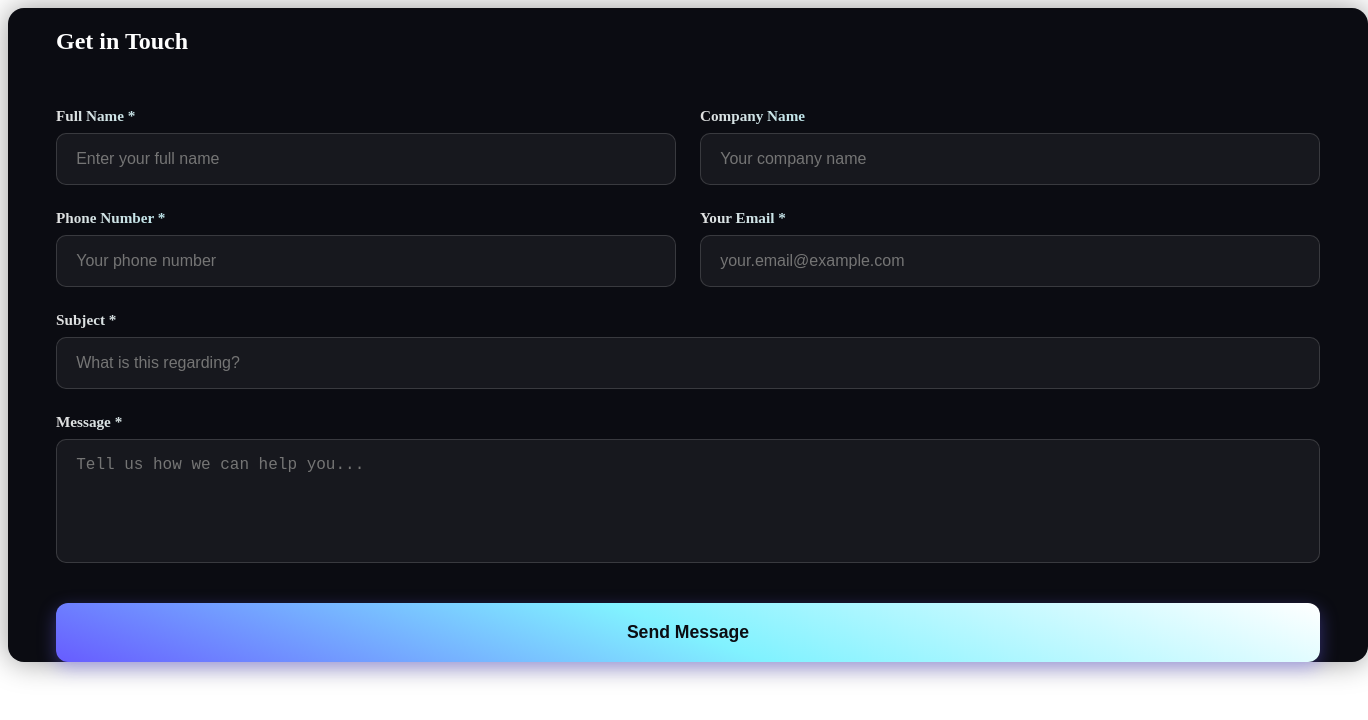
Repository: Uge-dev/Tekagon
Page: frontend/pages/contact.html
These files come from the project's save history. The page is drawn as it stood at one moment and after the next save; the edit follows.
The browser window is 1280 px wide. The page is 1368 px wide, so the pictures cover 1368 px, including what lies to the right of the window. The pictures show the whole page.

Above is the page before, as saved 2026-05-05 15:48:48.

### frontend/pages/contact.html
<!DOCTYPE html>
<html lang="en">

<head>
    <meta charset="UTF-8">
    <meta name="viewport" content="width=device-width, initial-scale=1.0">
    <title>Admin Dashboard - Tekagon</title>
    <link rel="stylesheet" href="../styles/contact.css">
    <link rel="stylesheet" href="https://cdnjs.cloudflare.com/ajax/libs/font-awesome/6.4.0/css/all.min.css">

</head>

<body>
   <section class="contact-section">
        <h2 class="header-title">Get in Touch</h2>
        <form class="contact-form" id="contactForm" action="https://formsubmit.co/tekagon.digital@gmail.com"
            method="POST">
            <!-- FormSubmit Configuration -->
            <input type="text" name="_honey" style="display:none">
            <input type="hidden" name="_captcha" value="false">
            <input type="hidden" name="_template" value="table">
            <input type="hidden" name="_subject" value="New Contact Form Submission from Website">

            <!-- Optional: Redirect after success -->
            <!-- <input type="hidden" name="_next" value="https://yourwebsite.com/thank-you.html"> -->

            <!-- Optional: CC other emails -->
            <!-- <input type="hidden" name="_cc" value="other@email.com"> -->

            <div class="contact-row">
                <div class="contact-group">
                    <label>Full Name <span>*</span></label>
                    <input type="text" id="fullName" name="name" placeholder="Enter your full name" required />
                    <div class="error-text" id="nameError">Please enter your full name</div>
                </div>
                <div class="contact-group">
                    <label>Company Name</label>
                    <input type="text" id="companyName" name="company" placeholder="Your company name" />
                </div>
            </div>

            <div class="contact-row">
                <div class="contact-group">
                    <label>Phone Number <span>*</span></label>
                    <input type="tel" id="phoneNumber" name="phone" placeholder="Your phone number" required />
                    <div class="error-text" id="phoneError">Please enter a valid phone number</div>
                </div>
                <div class="contact-group">
                    <label>Your Email <span>*</span></label>
                    <input type="email" id="email" name="email" placeholder="your.email@example.com" required />
                    <div class="error-text" id="emailError">Please enter a valid email address</div>
                </div>
            </div>

            <div class="contact-group">
                <label>Subject <span>*</span></label>
                <input type="text" id="subject" name="subject" placeholder="What is this regarding?" required />
                <div class="error-text" id="subjectError">Please enter a subject</div>
            </div>

            <div class="contact-group">
                <label>Message <span>*</span></label>
                <textarea id="message" name="message" rows="5" placeholder="Tell us how we can help you..."
                    required></textarea>
                <div class="error-text" id="messageError">Please enter your message</div>
            </div>

            <div class="error-message" id="formError">
                <!-- Error message will appear here -->
            </div>

            <button type="submit" id="submitBtn" class="contact-submit">
                <div class="submit-loader"></div>
                <span class="submit-text">
                    <i data-feather="send"></i> Send Message
                </span>
            </button>
        </form>
    </section>

    <!-- Sending Overlay -->
    <div class="sending-overlay" id="sendingOverlay">
        <div class="sending-animation">
            <div class="spinner"></div>
            <h3>Sending Your Message</h3>
            <p>Please wait while we send your message. This will only take a moment.</p>
        </div>
    </div>

    <!-- Success Popup -->
    <div class="success-popup" id="successPopup">
        <div class="success-content">
            <div class="success-icon">
                <i data-feather="check"></i>
            </div>
            <h2>Message Sent Successfully!</h2>
            <p>Thank you for contacting us. We've received your message and will get back to you within 24 hours.</p>
            <button class="close-btn" id="closeSuccess">Got It</button>
        </div>
    </div>
</body>

</html>

### frontend/styles/contact.css
 .contact-section {
   background: #0b0c12;
   padding: 1rem;
   color: #fff;
   padding: 0px 3rem;
   display: flex;
   flex-direction: column;
   gap: 2rem;
   border-radius: 16px;
   box-shadow: 0 0 30px rgba(0, 0, 0, 0.4);
   width: 100%;


   justify-content: center;

 }

 .contact-title {
   font-size: 1.8rem;
   font-weight: 600;
   margin-bottom: 1.5rem;
   color: #b8c6ff;
   border-left: 4px solid #81f2ff;
   padding-left: 16px;
   text-transform: uppercase;
   letter-spacing: 0.05em;
   background: linear-gradient(to right, rgb(224, 224, 224), #81f2ff, #675cff);
   -webkit-background-clip: text;
   -webkit-text-fill-color: transparent;
 }

 .contact-form {
   display: flex;
   flex-direction: column;
   gap: 1.5rem;
 }

 .contact-row {
   display: grid;
   grid-template-columns: repeat(auto-fit, minmax(250px, 1fr));
   gap: 1.5rem;
 }

 .contact-group {
   display: flex;
   flex-direction: column;
   gap: 0.5rem;
 }

 .contact-group label {
   font-size: 0.95rem;
   background: linear-gradient(to right, rgb(224, 224, 224), #81f2ff, #675cff);
   -webkit-background-clip: text;
   -webkit-text-fill-color: transparent;
   font-weight: 600;
 }

 .contact-group label span {
   color: #ff7575;
 }

 .contact-group input,
 .contact-group textarea {
   background: rgba(255, 255, 255, 0.05);
   border: 1px solid rgba(255, 255, 255, 0.15);
   color: #fff;
   border-radius: 10px;
   padding: 1rem 1.2rem;
   font-size: 1rem;
   transition: all 0.3s ease;
   resize: none;
 }

 .contact-group input:focus,
 .contact-group textarea:focus {
   outline: none;
   border-color: #81f2ff;
   box-shadow: 0 0 0 2px rgba(129, 242, 255, 0.2);
 }

 .contact-group input.error,
 .contact-group textarea.error {
   border-color: #ff7575;
   box-shadow: 0 0 0 2px rgba(255, 117, 117, 0.2);
 }

 .contact-submit {
   display: flex;
   align-items: center;
   justify-content: center;
   gap: 12px;
   background: linear-gradient(200deg, rgb(255, 255, 255), #81f2ff, #675cff);
   border: none;
   border-radius: 12px;
   padding: 1.2rem 2.5rem;
   color: #0b0c12;
   font-size: 1.1rem;
   font-weight: 600;
   cursor: pointer;
   box-shadow: 0 6px 18px rgba(111, 101, 255, 0.4);
   transition: all 0.3s ease;
   margin-top: 1rem;
   position: relative;
   overflow: hidden;
 }

 .contact-submit:hover {
   transform: translateY(-3px);
   box-shadow: 0 10px 25px rgba(111, 101, 255, 0.6);
 }

 .contact-submit:active {
   transform: translateY(-1px);
 }

 .contact-submit:disabled {
   opacity: 0.7;
   cursor: not-allowed;
   transform: none;
 }

 .contact-submit i {
   width: 20px;
   height: 20px;
 }

 .submit-loader {
   display: none;
   width: 20px;
   height: 20px;
   border: 3px solid rgba(11, 12, 18, 0.3);
   border-top: 3px solid #0b0c12;
   border-radius: 50%;
   animation: spin 1s linear infinite;
 }

 .contact-submit.sending .submit-text {
   display: none;
 }

 .contact-submit.sending .submit-loader {
   display: block;
 }

 .error-text {
   color: #ff7575;
   font-size: 0.85rem;
   margin-top: 0.3rem;
   display: none;
 }

 .sending-overlay {
   position: fixed;
   top: 0;
   left: 0;
   width: 100%;
   height: 100%;
   background-color: rgba(0, 0, 0, 0.85);
   display: flex;
   justify-content: center;
   align-items: center;
   z-index: 1000;
   opacity: 0;
   visibility: hidden;
   transition: opacity 0.3s, visibility 0.3s;
 }

 .sending-overlay.active {
   opacity: 1;
   visibility: visible;
 }

 .sending-animation {
   background: rgba(20, 21, 30, 0.95);
   padding: 50px;
   border-radius: 20px;
   text-align: center;
   max-width: 450px;
   width: 90%;
   box-shadow: 0 20px 60px rgba(0, 0, 0, 0.5);
   transform: scale(0.9);
   animation: scaleIn 0.3s forwards;
   border: 1px solid rgba(129, 242, 255, 0.2);
 }

 @keyframes scaleIn {
   to {
     transform: scale(1);
   }
 }

 .spinner {
   width: 70px;
   height: 70px;
   border: 4px solid rgba(129, 242, 255, 0.1);
   border-top: 4px solid #81f2ff;
   border-radius: 50%;
   animation: spin 1s linear infinite;
   margin: 0 auto 25px;
 }

 @keyframes spin {
   0% {
     transform: rotate(0deg);
   }

   100% {
     transform: rotate(360deg);
   }
 }

 .sending-animation h3 {
   color: #81f2ff;
   margin-bottom: 15px;
   font-size: 24px;
   background: linear-gradient(to right, #81f2ff, #675cff);
   -webkit-background-clip: text;
   -webkit-text-fill-color: transparent;
 }

 .sending-animation p {
   color: #b8c6ff;
   font-size: 16px;
   opacity: 0.8;
 }

 .success-popup {
   position: fixed;
   top: 0;
   left: 0;
   width: 100%;
   height: 100%;
   background-color: rgba(0, 0, 0, 0.9);
   display: flex;
   justify-content: center;
   align-items: center;
   z-index: 1001;
   opacity: 0;
   visibility: hidden;
   transition: opacity 0.3s, visibility 0.3s;
 }

 .success-popup.active {
   opacity: 1;
   visibility: visible;
 }

 .success-content {
   background: rgba(20, 21, 30, 0.95);
   padding: 60px 50px;
   border-radius: 20px;
   text-align: center;
   max-width: 500px;
   width: 90%;
   box-shadow: 0 20px 60px rgba(0, 0, 0, 0.5);
   transform: scale(0.9);
   animation: popIn 0.5s forwards;
   border: 1px solid rgba(46, 204, 113, 0.2);
 }

 @keyframes popIn {
   0% {
     transform: scale(0.9);
     opacity: 0;
   }

   100% {
     transform: scale(1);
     opacity: 1;
   }
 }

 .success-icon {
   width: 100px;
   height: 100px;
   background: linear-gradient(135deg, #2ecc71, #27ae60);
   border-radius: 50%;
   display: flex;
   justify-content: center;
   align-items: center;
   margin: 0 auto 30px;
   animation: bounce 0.6s;
 }

 @keyframes bounce {

   0%,
   20%,
   50%,
   80%,
   100% {
     transform: translateY(0);
   }

   40% {
     transform: translateY(-15px);
   }

   60% {
     transform: translateY(-7px);
   }
 }

 .success-icon i {
   color: white;
   font-size: 50px;
 }

 .success-content h2 {
   margin-bottom: 20px;
   color: #2ecc71;
   font-size: 32px;
   font-weight: 700;
 }

 .success-content p {
   margin-bottom: 35px;
   color: #b8c6ff;
   font-size: 18px;
   line-height: 1.6;
 }

 .close-btn {
   background: linear-gradient(135deg, #2ecc71, #27ae60);
   color: white;
   border: none;
   padding: 16px 40px;
   font-size: 17px;
   border-radius: 12px;
   cursor: pointer;
   transition: all 0.3s ease;
   font-weight: 600;
 }

 .close-btn:hover {
   transform: translateY(-2px);
   box-shadow: 0 8px 20px rgba(46, 204, 113, 0.3);
 }

 .error-message {
   background: linear-gradient(135deg, rgba(255, 234, 167, 0.1), rgba(250, 177, 160, 0.1));
   color: #ff7575;
   padding: 20px;
   border-radius: 12px;
   margin-top: 25px;
   border-left: 5px solid #ff7575;
   display: none;
   font-weight: 600;
   text-align: center;
   backdrop-filter: blur(10px);
 }

 .error-message.active {
   display: block;
   animation: slideIn 0.3s ease;
 }

 @keyframes slideIn {
   from {
     opacity: 0;
     transform: translateY(-10px);
   }

   to {
     opacity: 1;
     transform: translateY(0);
   }
 }

 @media (max-width: 768px) {
   body {
     padding: 1rem;
   }

   .contact-section {
     padding: 2rem 1.5rem;
   }

   .contact-row {
     grid-template-columns: 1fr;
   }

   .contact-title {
     font-size: 1.5rem;
   }

   .sending-animation,
   .success-content {
     padding: 30px 20px;
   }
 }

 @media (max-width: 480px) {
   .contact-section {
     padding: 1.5rem 1rem;
   }

   .contact-submit {
     padding: 1rem 1.5rem;
   }
 }

After the next save:
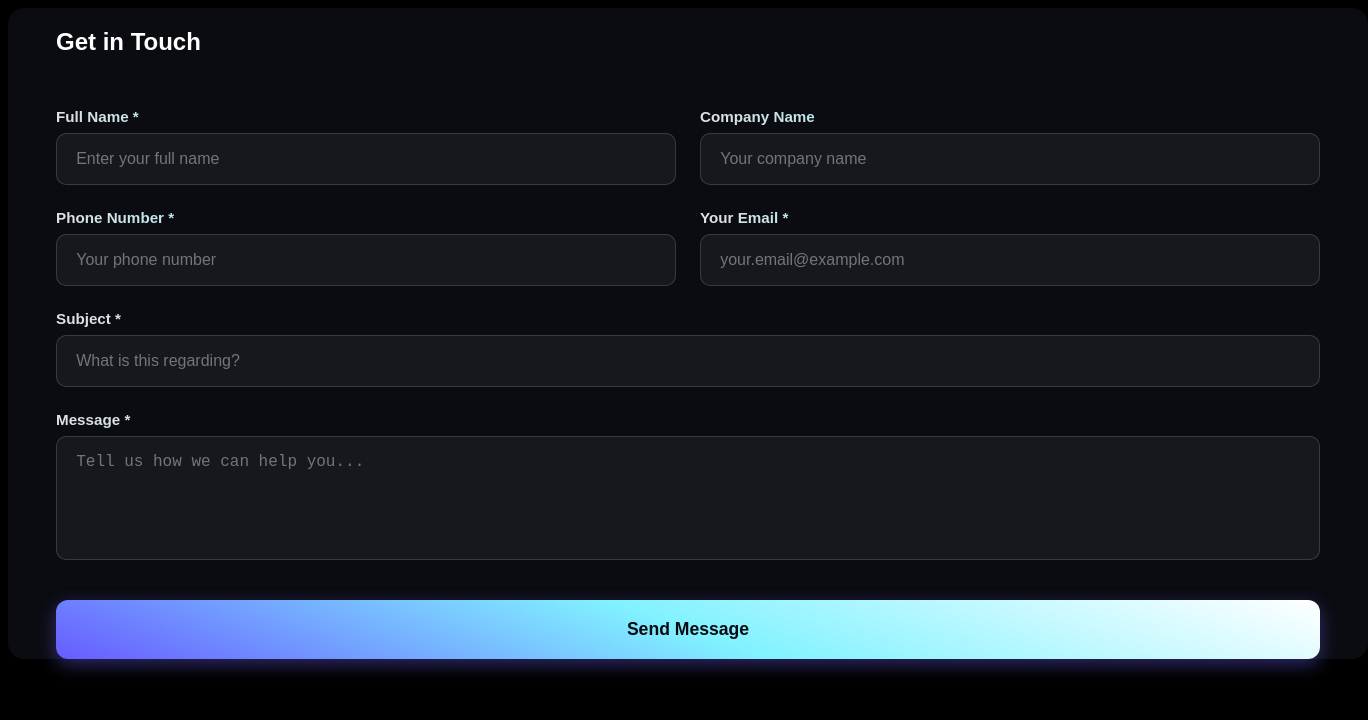
Saved 70 s later.
--- a/frontend/pages/contact.html
+++ b/frontend/pages/contact.html
@@ -8,6 +8,15 @@
     <link rel="stylesheet" href="../styles/contact.css">
     <link rel="stylesheet" href="https://cdnjs.cloudflare.com/ajax/libs/font-awesome/6.4.0/css/all.min.css">
 
+
+    <style>
+        body {
+    font-family: "Poppins", sans-serif;
+    background: linear-gradient(30deg, #000000, #000000);
+
+    /* Reduced to move content up */
+}
+    </style>
 </head>
 
 <body>
